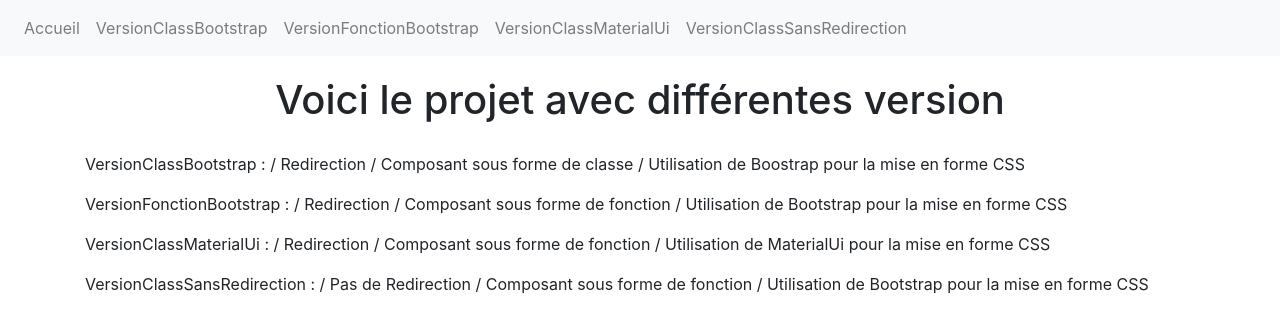
Repository: LudovicB21/CountryTest
Page: /
These files come from the project's save history. The page is drawn as it stood at one moment and after the next save; the edit follows.
The browser window is 1280 px wide. The pictures show the whole page.
The project was rebuilt for these pictures with package versions that can differ from the ones it lists, and the page was loaded fresh each time. Also part of the build but not shown: src/components/VersionClassBootstrap/ListPays.components.js, src/components/VersionClassMaterialUi/ListPays.components.js, src/components/VersionFonctionBoostrap/ListPays.components.js, src/components/VersionSansRedirection/ListPays.component.js, src/components/VersionClassBootstrap/InfoPays.components.js, src/components/VersionClassMaterialUi/InfoPays.components.js, src/components/VersionFonctionBoostrap/InfoPays.components.js.

Above is the page before, as saved 2020-10-29 13:24:05.

### public/index.html
<!DOCTYPE html>
<html lang="en">
  <head>
    <meta charset="utf-8" />
    <link rel="icon" href="%PUBLIC_URL%/favicon.ico" />
    <link rel="stylesheet" href="https://cdn.jsdelivr.net/npm/bootstrap@4.5.3/dist/css/bootstrap.min.css" integrity="sha384-TX8t27EcRE3e/ihU7zmQxVncDAy5uIKz4rEkgIXeMed4M0jlfIDPvg6uqKI2xXr2" crossorigin="anonymous">
    <meta name="viewport" content="width=device-width, initial-scale=1" />
    <meta name="theme-color" content="#000000" />
    <meta
      name="description"
      content="Web site created using create-react-app"
    />
    <link rel="apple-touch-icon" href="%PUBLIC_URL%/logo192.png" />
    <!--
      manifest.json provides metadata used when your web app is installed on a
      user's mobile device or desktop. See https://developers.google.com/web/fundamentals/web-app-manifest/
    -->
    <link rel="manifest" href="%PUBLIC_URL%/manifest.json" />
    <link
      rel="stylesheet"
      href="https://maxcdn.bootstrapcdn.com/bootstrap/4.5.0/css/bootstrap.min.css"
      integrity="sha384-9aIt2nRpC12Uk9gS9baDl411NQApFmC26EwAOH8WgZl5MYYxFfc+NcPb1dKGj7Sk"
      crossorigin="anonymous"
    />
    <link rel="stylesheet" href="https://cdn.jsdelivr.net/npm/bootstrap@4.5.3/dist/css/bootstrap.min.css" integrity="sha384-TX8t27EcRE3e/ihU7zmQxVncDAy5uIKz4rEkgIXeMed4M0jlfIDPvg6uqKI2xXr2" crossorigin="anonymous">

    <!--
      Notice the use of %PUBLIC_URL% in the tags above.
      It will be replaced with the URL of the `public` folder during the build.
      Only files inside the `public` folder can be referenced from the HTML.

      Unlike "/favicon.ico" or "favicon.ico", "%PUBLIC_URL%/favicon.ico" will
      work correctly both with client-side routing and a non-root public URL.
      Learn how to configure a non-root public URL by running `npm run build`.
    -->
    <title>React App</title>
  </head>
  <body>
    <noscript>You need to enable JavaScript to run this app.</noscript>
    <div id="root"></div>
    <!--
      This HTML file is a template.
      If you open it directly in the browser, you will see an empty page.

      You can add webfonts, meta tags, or analytics to this file.
      The build step will place the bundled scripts into the <body> tag.

      To begin the development, run `npm start` or `yarn start`.
      To create a production bundle, use `npm run build` or `yarn build`.
    -->
  </body>
</html>

### src/App.js
import React from 'react';
import './App.css';
import ListPays from "./components/VersionClassBootstrap/ListPays.components"
import ListPaysMaterial from "./components/VersionClassMaterialUi/ListPays.components"
import ListPaysFonction from "./components/VersionFonctionBoostrap/ListPays.components"
import ListPaysSansRedirection from "./components/VersionSansRedirection/ListPays.component"
import Accueil from "./components/Accueil"
import { BrowserRouter as Router, Route, Switch} from 'react-router-dom'
import InfoPays from "./components/VersionClassBootstrap/InfoPays.components"
import InfosPaysMaterial from "./components/VersionClassMaterialUi/InfoPays.components"
import InfoPaysFonction from "./components/VersionFonctionBoostrap/InfoPays.components"
import Nav from "./components/Navigation"
function App() {
  return (
    <div className="App">
        <Router>
          <Nav />
          <Switch>
            <Route path="/"  exact component={Accueil} />
            <Route path="/VersionClassBootstrap" exact component={ListPays} />
            <Route path="/VersionFonctionBoostrap" exact component={ListPaysFonction} />
            <Route path="/VersionClassMaterialUi" exact component={ListPaysMaterial} />
            <Route path="/VersionSansRedirection" exact component={ListPaysSansRedirection} />
            <Route path="/VersionClassMaterialUi/:id" component={InfosPaysMaterial} />
            <Route path="/VersionClassBootstrap/:id"  component={InfoPays }/>
            <Route path="/VersionFonctionBoostrap/:id" component={InfoPaysFonction} />
          </Switch>
        </Router>
    </div>
  );
}

export default App;

### src/components/Accueil.js
import React, { Component } from 'react'

class Accueil extends Component {
    render() {
        return (
            <div className="container">
                <h1 style={{padding: "20px"}}> Voici le projet avec différentes version  </h1>
                <div style={{textAlign: "left"}}>
                    <p> VersionClassBootstrap :
                        / Redirection
                        / Composant sous forme de classe
                        / Utilisation de Boostrap pour la mise en forme CSS {"\n"}
                    </p>
                    <p> VersionFonctionBootstrap :
                        / Redirection
                        / Composant sous forme de fonction
                        / Utilisation de Bootstrap pour la mise en forme CSS {"\n"}
                    </p>
                    <p> VersionClassMaterialUi :
                        / Redirection
                        / Composant sous forme de fonction
                        / Utilisation de MaterialUi pour la mise en forme CSS {"\n"}
                    </p>
                    <p> VersionClassSansRedirection :
                        / Pas de Redirection
                        / Composant sous forme de fonction
                        / Utilisation de Bootstrap pour la mise en forme CSS {"\n"}
                    </p>
                </div>
            </div>
        )
    }
}

export default Accueil

### src/components/Navigation.js
import React, { Component } from 'react';
import { Link } from 'react-router-dom';

class Navigation extends Component {
    render() {
        return (
            <nav className="navbar navbar-expand-lg navbar-light bg-light">
            <button className="navbar-toggler" type="button" data-toggle="collapse" data-target="#navbarNav" aria-controls="navbarNav" aria-expanded="false" aria-label="Toggle navigation">
                <span className="navbar-toggler-icon"></span>
            </button>
            <div className="collapse navbar-collapse" id="navbarNav">
                <ul className="navbar-nav">
                    <Link to="/">
                        <li className="nav-item">
                            <a className="nav-link">Accueil</a>
                        </li>
                    </Link>
                    <Link to="/VersionClassBootstrap">
                        <li className="nav-item">
                            <a className="nav-link">VersionClassBootstrap</a>
                        </li>
                    </Link>
                    <Link to="/VersionFonctionBoostrap">
                        <li className="nav-item">
                            <a className="nav-link">VersionFonctionBootstrap</a>
                        </li>
                    </Link>
                    <Link to="/VersionClassMaterialUi">
                        <li className="nav-item">
                            <a className="nav-link">VersionClassMaterialUi</a>
                        </li>
                    </Link>
                    <Link to="/VersionSansRedirection">
                        <li className="nav-item">
                            <a className="nav-link">VersionClassSansRedirection</a>
                        </li>
                    </Link>
                </ul>
            </div>
            </nav>
        )
    }
}

export default Navigation

Loaded but not shown: src/index.js (common file); src/index.css (common file); src/serviceWorker.js (common file); src/App.css (common file)

After the next save:
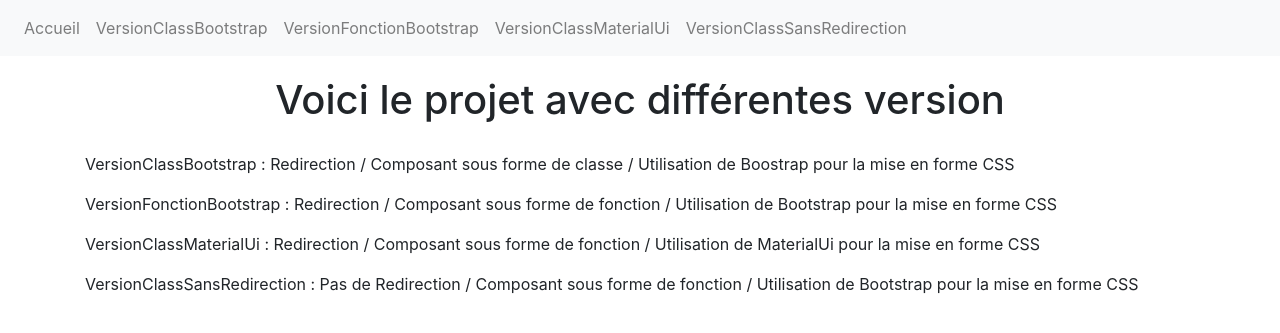
Saved 14 s later.
--- a/src/components/Accueil.js
+++ b/src/components/Accueil.js
@@ -7,22 +7,22 @@ class Accueil extends Component {
                 <h1 style={{padding: "20px"}}> Voici le projet avec différentes version  </h1>
                 <div style={{textAlign: "left"}}>
                     <p> VersionClassBootstrap :
-                        / Redirection
+                         Redirection
                         / Composant sous forme de classe
                         / Utilisation de Boostrap pour la mise en forme CSS {"\n"}
                     </p>
                     <p> VersionFonctionBootstrap :
-                        / Redirection
+                         Redirection
                         / Composant sous forme de fonction
                         / Utilisation de Bootstrap pour la mise en forme CSS {"\n"}
                     </p>
                     <p> VersionClassMaterialUi :
-                        / Redirection
+                         Redirection
                         / Composant sous forme de fonction
                         / Utilisation de MaterialUi pour la mise en forme CSS {"\n"}
                     </p>
                     <p> VersionClassSansRedirection :
-                        / Pas de Redirection
+                         Pas de Redirection
                         / Composant sous forme de fonction
                         / Utilisation de Bootstrap pour la mise en forme CSS {"\n"}
                     </p>
